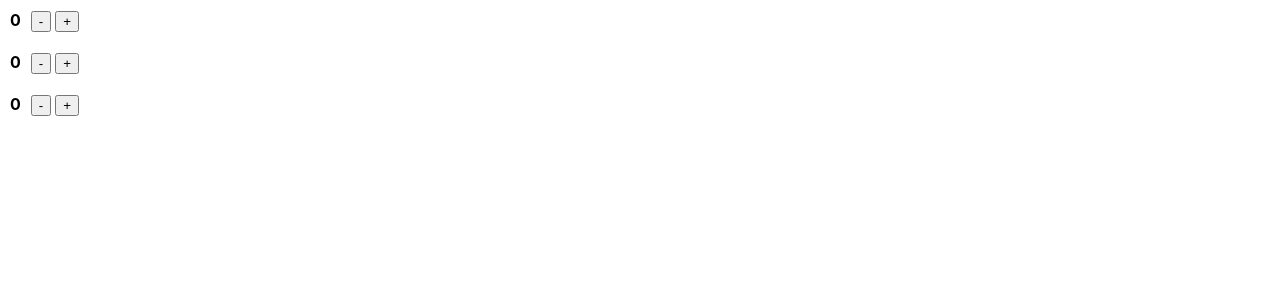
Repository: donalddoe/react_quiz
Page: /
An editor plug-in stored every save of this project. The page is shown before and after the next save, followed by the edit.
The browser window is 1280 px wide. The pictures show the whole page.
The project was rebuilt for these pictures with package versions that can differ from the ones it lists, and the page was loaded fresh each time.

Above is the page before, as saved 2020-08-28 15:54:17.

### src/index.css
body {
  margin: 0;
  font-family: -apple-system, BlinkMacSystemFont, "Segoe UI", "Roboto", "Oxygen",
    "Ubuntu", "Cantarell", "Fira Sans", "Droid Sans", "Helvetica Neue",
    sans-serif;
  -webkit-font-smoothing: antialiased;
  -moz-osx-font-smoothing: grayscale;
}

code {
  font-family: source-code-pro, Menlo, Monaco, Consolas, "Courier New",
    monospace;
}

p {
  margin-bottom: 1rem;
}
.counter {
  padding: 10px;
}

.counter-controls {
  display: inline-block;
  margin-left: 10px;
}

button {
  margin-right: 4px;
}

ol.instructions {
  list-style-type: decimal;
  margin-left: 1rem;
  margin-top: 0.5rem;
}

li {
  margin-bottom: 1rem;
}

ol {
  margin-top: 0.5rem;
  margin-left: 2.5rem;
  list-style-type: decimal;
}

### src/App.js
import React, { Component } from 'react';


// state data for 3 counters
const data = [
  { id: 1, value: 0 },
  { id: 2, value: 0 },
  { id: 3, value: 0 },
];

// Counter Component
class Counter extends Component {
  render() {
    const { value } = this.props;
    return (
      <div className="counter">
        <b>{value}</b>
        <div className="counter-controls">
          <button className="button is-danger is-small">-</button>
          <button className="button is-success is-small">+</button>
        </div>
      </div>
    );
  }
}

class App extends Component {
  constructor(props, context) {
    super(props, context);
  }

  render() {
    return (
      <div>
        {data.map((counter) => (
          <Counter key={counter.id} value={counter.value} />
        ))}
      </div>
    );
  }
}

export default App;

Loaded but not shown: public/index.html (common file); src/index.js (common file); src/serviceWorker.js (common file)

After the next save:
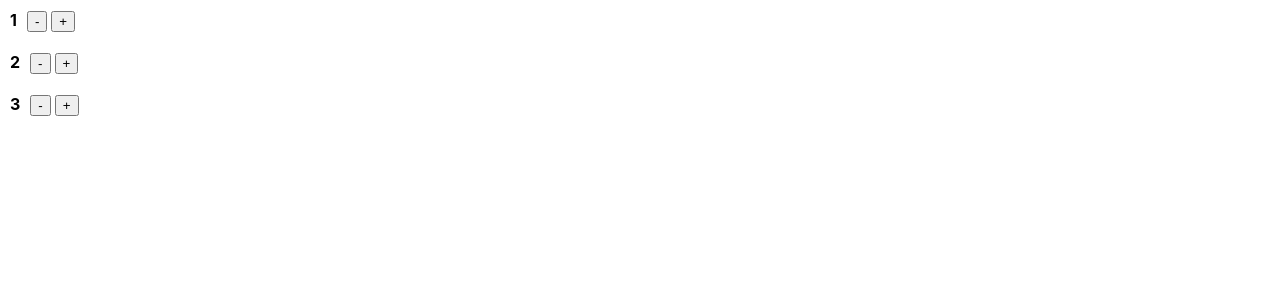
Saved 19 min 26 s later.
--- a/src/App.js
+++ b/src/App.js
@@ -3,21 +3,28 @@ import React, { Component } from 'react';
 
 // state data for 3 counters
 const data = [
-  { id: 1, value: 0 },
-  { id: 2, value: 0 },
-  { id: 3, value: 0 },
+  { id: 1, value: 1 },
+  { id: 2, value: 2 },
+  { id: 3, value: 3 },
 ];
 
 // Counter Component
 class Counter extends Component {
+  onIncrement = e => {
+    this.props.onIncrement(1);
+  };
+
+  onDecrement = () => {
+    this.props.onIncrement(-1);
+  };
   render() {
     const { value } = this.props;
     return (
       <div className="counter">
         <b>{value}</b>
         <div className="counter-controls">
-          <button className="button is-danger is-small">-</button>
-          <button className="button is-success is-small">+</button>
+          <button className="button is-danger is-small" onClick={this.onDecrement} >-</button>
+          <button className="button is-success is-small" onClick={this.onIncrement} >+</button>
         </div>
       </div>
     );
@@ -27,13 +34,28 @@ class Counter extends Component {
 class App extends Component {
   constructor(props, context) {
     super(props, context);
+    // Global data array
+    this.state = {
+      data: [...data]
+    }
   }
+
+  onIncrement = (counter, increment) => {
+    const newValue = counter.value + increment;
+    this.setState({
+      data: data.map(item => {
+        item.value = item.id === counter.id ? newValue : item.value;
+        return item;
+      })
+    });
+  };
 
   render() {
     return (
       <div>
         {data.map((counter) => (
-          <Counter key={counter.id} value={counter.value} />
+          <Counter key={counter.id} value={counter.value}
+            onIncrement={this.onIncrement.bind(this, counter)} />
         ))}
       </div>
     );
